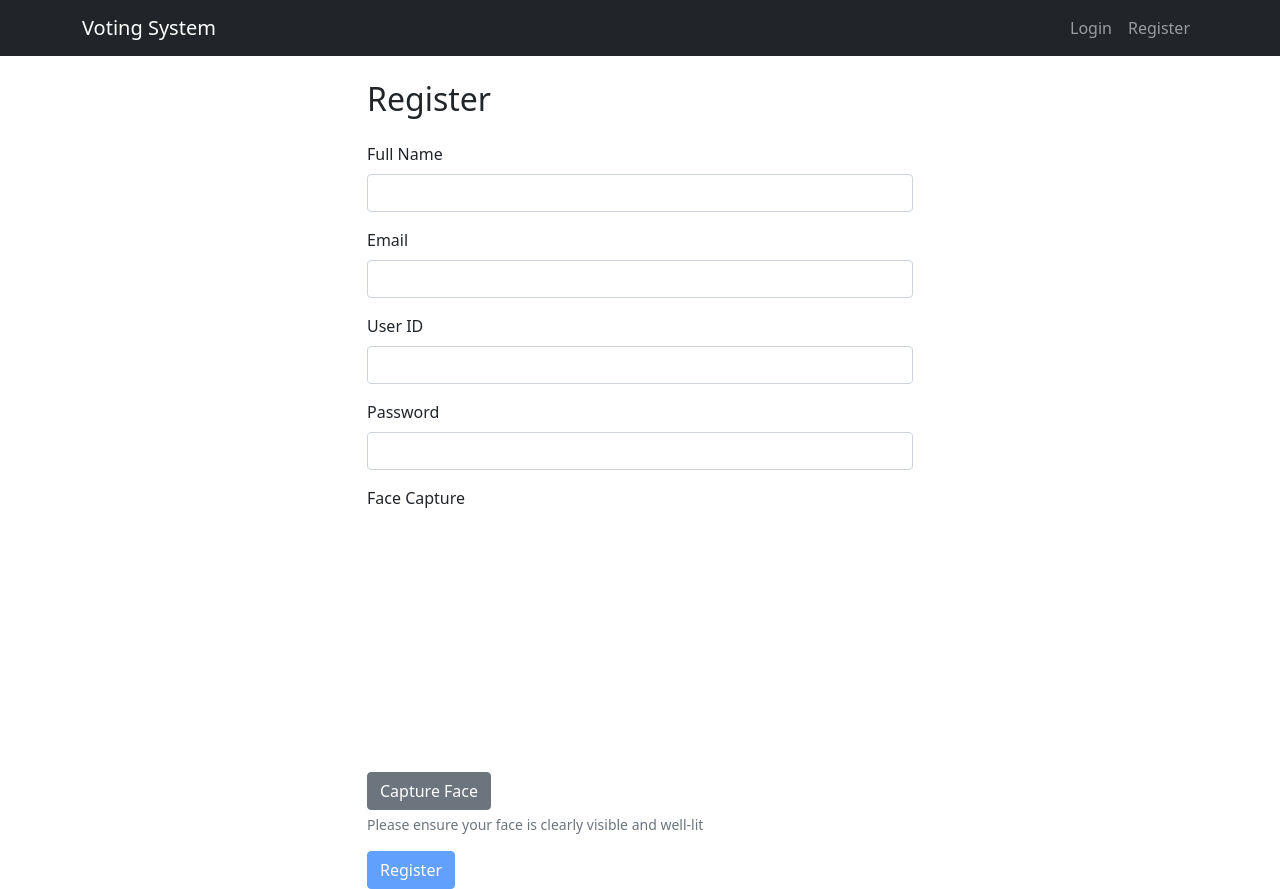
Repository: iammillie-creator/facial-voting-app
Page: http://localhost/register
These files come from the project's save history. The page is drawn as it stood at one moment and after the next save; the edit follows.
The browser window is 1280 px wide. The pictures show the whole page.
The page is served by the project's application, run on Flask 3 (app.py).

Above is the page before, as saved 2025-04-22 17:13:00.

After the next save:
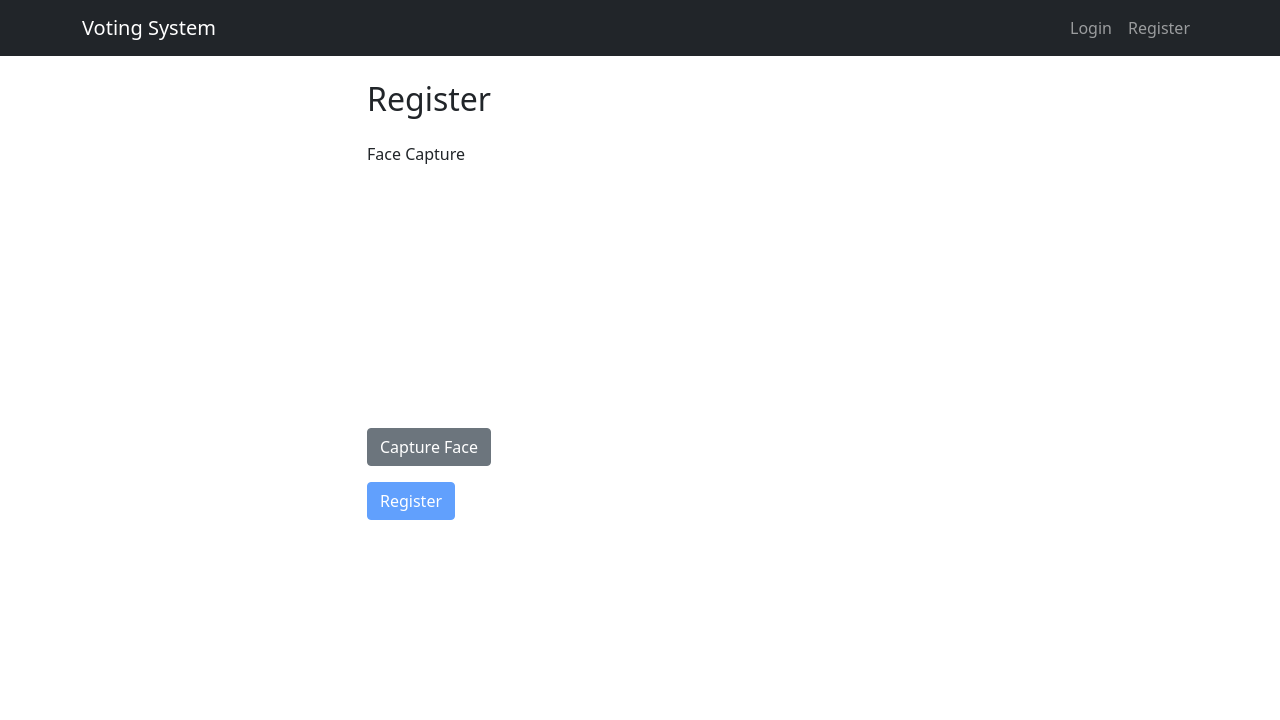
Saved 6 min 59 s later.
--- a/templates/register.html
+++ b/templates/register.html
@@ -6,40 +6,21 @@
         <h2 class="mb-4">Register</h2>
 
         <form method="POST" enctype="multipart/form-data" id="registrationForm">
-            <div class="mb-3">
-                <label for="name" class="form-label">Full Name</label>
-                <input type="text" class="form-control" id="name" name="name" required>
-            </div>
-
-            <div class="mb-3">
-                <label for="email" class="form-label">Email</label>
-                <input type="email" class="form-control" id="email" name="email" required>
-            </div>
-
-            <div class="mb-3">
-                <label for="user_id" class="form-label">User ID</label>
-                <input type="text" class="form-control" id="user_id" name="user_id" required>
-            </div>
-
-            <div class="mb-3">
-                <label for="password" class="form-label">Password</label>
-                <input type="password" class="form-control" id="password" name="password" required>
-            </div>
+            <!-- Other form fields... -->
 
             <div class="mb-3">
                 <label class="form-label">Face Capture</label>
-                <div class="video-container mb-2">
+                <div id="cameraContainer">
                     <video id="video" width="320" height="240" autoplay></video>
                     <canvas id="canvas" width="320" height="240" style="display:none;"></canvas>
                 </div>
-                <button type="button" id="capture" class="btn btn-secondary">Capture Face</button>
-                <input type="hidden" id="face_image_data" name="face_image_data">
+                <button type="button" id="captureBtn" class="btn btn-secondary mt-2">Capture Face</button>
+                <input type="hidden" id="faceImageData" name="face_image">
 
-                <div id="facePreview" class="mt-2" style="display: none;">
+                <div id="previewContainer" class="mt-2" style="display:none;">
                     <img id="previewImage" src="#" alt="Face Preview" class="img-thumbnail" style="max-width: 200px;">
-                    <button type="button" id="retake" class="btn btn-sm btn-warning mt-2">Retake</button>
+                    <button type="button" id="retakeBtn" class="btn btn-sm btn-warning mt-2">Retake</button>
                 </div>
-                <div class="form-text">Please ensure your face is clearly visible and well-lit</div>
             </div>
 
             <button type="submit" class="btn btn-primary" id="submitBtn" disabled>Register</button>
@@ -50,58 +31,72 @@
 
 {% block scripts %}
 <script>
-    // Access camera
+document.addEventListener('DOMContentLoaded', function() {
     const video = document.getElementById('video');
     const canvas = document.getElementById('canvas');
-    const captureBtn = document.getElementById('capture');
-    const retakeBtn = document.getElementById('retake');
-    const faceInput = document.getElementById('face_image_data');
-    const previewDiv = document.getElementById('facePreview');
-    const previewImg = document.getElementById('previewImage');
+    const captureBtn = document.getElementById('captureBtn');
+    const retakeBtn = document.getElementById('retakeBtn');
+    const previewImage = document.getElementById('previewImage');
+    const previewContainer = document.getElementById('previewContainer');
+    const faceImageData = document.getElementById('faceImageData');
     const submitBtn = document.getElementById('submitBtn');
+    const form = document.getElementById('registrationForm');
 
     let stream = null;
 
     // Start camera
     function startCamera() {
-        navigator.mediaDevices.getUserMedia({ video: true, audio: false })
-            .then(s => {
+        navigator.mediaDevices.getUserMedia({ video: true })
+            .then(function(s) {
                 stream = s;
                 video.srcObject = stream;
             })
-            .catch(err => {
-                console.error("Error accessing camera:", err);
-                alert("Could not access camera. Please ensure you've granted camera permissions.");
+            .catch(function(err) {
+                console.error("Camera error:", err);
+                alert("Could not access camera. Please enable camera permissions.");
             });
     }
 
     // Capture image
-    captureBtn.addEventListener('click', () => {
-        canvas.getContext('2d').drawImage(video, 0, 0, 320, 240);
+    captureBtn.addEventListener('click', function() {
+        // Pause video
+        video.pause();
+
+        // Draw video frame to canvas
+        canvas.width = video.videoWidth;
+        canvas.height = video.videoHeight;
+        const ctx = canvas.getContext('2d');
+        ctx.drawImage(video, 0, 0, canvas.width, canvas.height);
+
+        // Convert canvas to data URL
         const imageData = canvas.toDataURL('image/jpeg');
-        faceInput.value = imageData;
-        previewImg.src = imageData;
-        previewDiv.style.display = 'block';
+        faceImageData.value = imageData;
+
+        // Show preview
+        previewImage.src = imageData;
+        previewContainer.style.display = 'block';
         captureBtn.style.display = 'none';
+
+        // Enable submit button
         submitBtn.disabled = false;
-    });
 
-    // Retake image
-    retakeBtn.addEventListener('click', () => {
-        faceInput.value = '';
-        previewDiv.style.display = 'none';
-        captureBtn.style.display = 'block';
-        submitBtn.disabled = true;
-    });
-
-    // Stop camera when leaving page
-    window.addEventListener('beforeunload', () => {
+        // Stop camera
         if (stream) {
             stream.getTracks().forEach(track => track.stop());
         }
     });
 
-    // Initialize camera
+    // Retake image
+    retakeBtn.addEventListener('click', function() {
+        faceImageData.value = '';
+        previewContainer.style.display = 'none';
+        captureBtn.style.display = 'block';
+        submitBtn.disabled = true;
+        startCamera();
+    });
+
+    // Start camera when page loads
     startCamera();
+});
 </script>
 {% endblock %}
